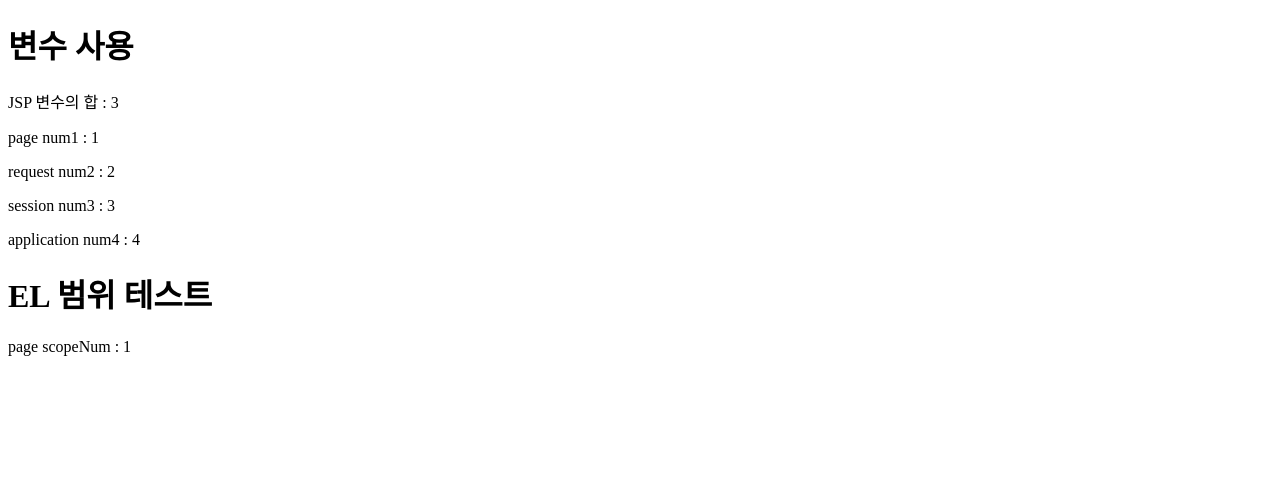
Repository: dnwpdud/WEB_CODES
Page: http://localhost/Web07_EL_JSTL/01_Expression_Language/01_basic.jsp
An editor plug-in stored every save of this project. The page is shown before and after the next save, followed by the edit.
The browser window is 1280 px wide. The pictures show the whole page.
The page is served by Tomcat 9. Other server files are loaded and not shown.

Above is the page before, as saved 2024-04-05 07:05:06.

### Web07_EL_JSTL/src/main/webapp/01_Expression_Language/01_basic.jsp
<%@ page language="java" contentType="text/html; charset=UTF-8"
    pageEncoding="UTF-8"%>
<!DOCTYPE html>
<html>
<head>
<meta charset="UTF-8">
<title>EL 기초</title>
</head>
<body>
	<%--
		EL(Expression Language)
		- page, request, session, application 관련 데이터 출력 코드를
			간략하게 사용할 수 있는 표기법
		- 자바빈 컴퍼너트를 쉽게 접근하게 도와줌]
		- 집합 객체(list, String[])에 대한 접근 방법을 제공
		- 수치 연산, 관계 연산, 논리 연산자 제공
		- 표현 언어만의 기본 객체 제공(범위 객체)

		EL 기본 객체
		- pageContext : JSP의 page 기본 객체와 동일
		- pageScope : page 기본 객체에 저장된 속성의 <속성, 값>
			매핑을 저장한 Map 객체 map은 키 벨류방식이다.
		- requestScope : request 기본 객체에 저장된 속성의 <속성, 값>
			매핑을 저장한 Map 객체
		- sessionScope : session 기본 객체에 저장된 속성의 <속성, 값>
			매핑을 저장한 Map 객체
		- applicationScope : application 기본 객체에 저장된 <속성, 값>
			매핑을 저장한 Map 객체
		- param : 요청 파라미터의 <파라미터이름, 값> 매핑을 저장한 Map 객체,
			타입은 String (request.getParameter("파라미터이름")과 동일)
		- paramValues : 요청 파라미터의 <파라미터이름, 값> 매핑을 저장한 Map 객체,
			타입은 String[] (request.getParameterValues("파라미터이름")과 동일)
		- cookie : <쿠키이름, 쿠키값> 매핑을 저장한 Map 객체
			(request.getCookies() 와 동일)
		- initParam : 초기화된 파라미터의 <파라미터이름, 값> 매핑을 저장한 Map 객체
			(application.getInitParameter("파라미터이름")과 동일)
	 --%>
	 <%

	 	pageContext.setAttribute("num1", 1);
	 	request.setAttribute("num2", 2);
	 	session.setAttribute("num3", 3);
	 	application.setAttribute("num4", 4);

	 	// 기존 방식으로 값 출력
	 	int number1 = (Integer) pageContext.getAttribute("num1");
	 	int number2 = (Integer) request.getAttribute("num2");

	 	pageContext.setAttribute("scopeNum", 1);
	 	request.setAttribute("scopeNum", 2);
	 	session.setAttribute("scopeNum", 3);
	 	application.setAttribute("scopeNum", 4);

	 %>

	 <h1>변수 사용</h1>
	 <p>JSP 변수의 합 : <%=number1 + number2 %></p>
	 <p>page num1 : ${num1 }</p><%-- pageContext.getAttribute("num1") --%>
	 <p>request num2 : ${num2 }</p><%-- request.getAttribute("num2") --%>
	 <p>session num3 :  ${num3 }</p><%-- session.getAttribute("num3") --%>
	 <p>application num4 : ${num4 }</p><%-- application.getAttribute("num4") --%>

	 <h1>EL 범위 테스트</h1>
	 <p>page scopeNum : ${scopeNum }</p>
</body>
</html>

After the next save:
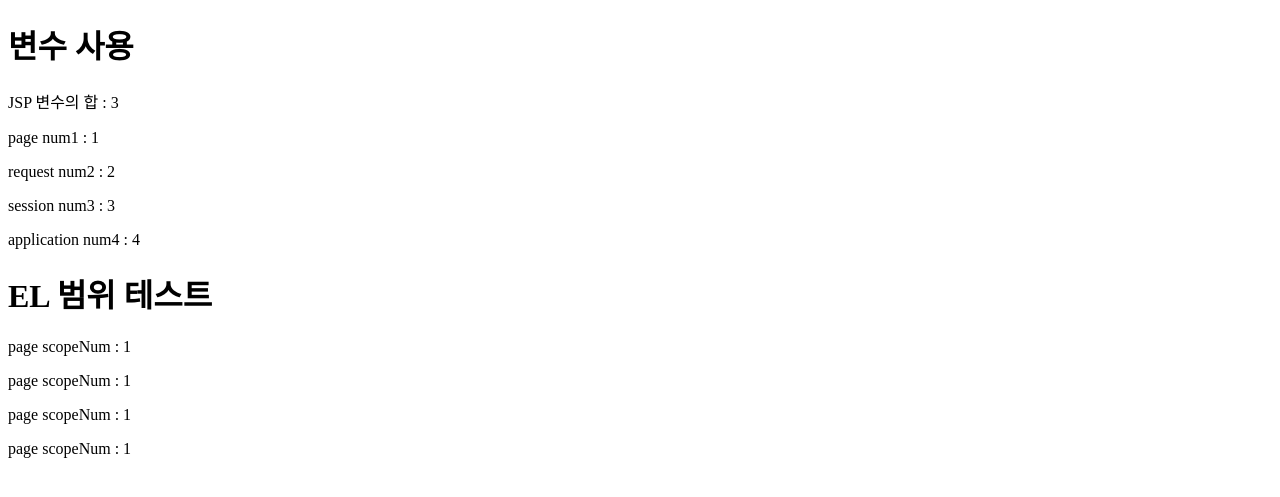
Saved 10 s later.
--- a/Web07_EL_JSTL/src/main/webapp/01_Expression_Language/01_basic.jsp
+++ b/Web07_EL_JSTL/src/main/webapp/01_Expression_Language/01_basic.jsp
@@ -62,5 +62,8 @@
 
 	 <h1>EL 범위 테스트</h1>
 	 <p>page scopeNum : ${scopeNum }</p>
+	 <p>page scopeNum : ${scopeNum }</p>
+	 <p>page scopeNum : ${scopeNum }</p>
+	 <p>page scopeNum : ${scopeNum }</p>
 </body>
 </html>
